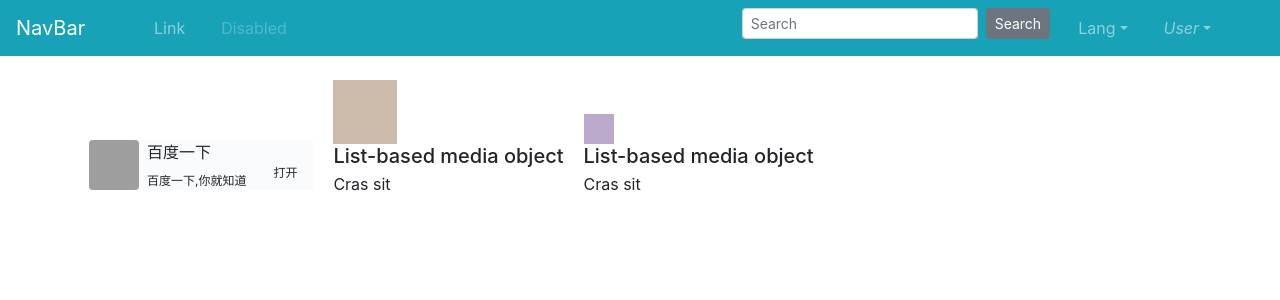
Repository: Funnyrz/vue-nav
Page: /
These files come from the project's save history. The page is drawn as it stood at one moment and after the next save; the edit follows.
The browser window is 1280 px wide. The pictures show the whole page.
Pictures or frames that could not be fetched are drawn as grey boxes. The project was rebuilt for these pictures with package versions that can differ from the ones it lists, and the page was loaded fresh each time.

Above is the page before, as saved 2020-08-27 10:57:17.

After the next save:
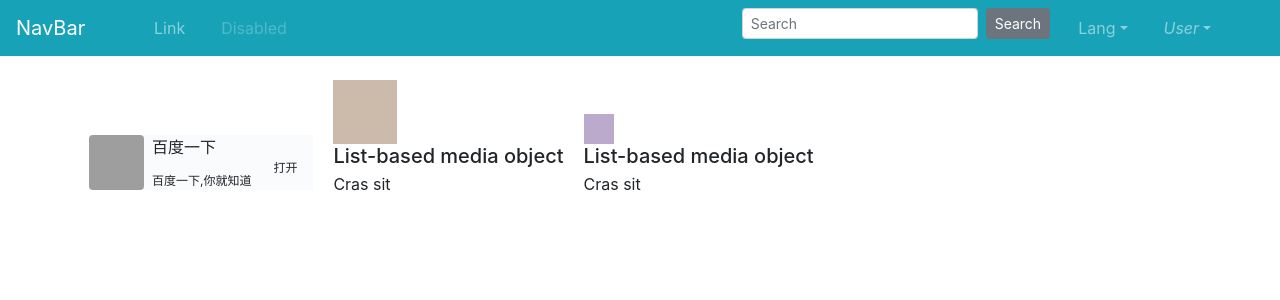
Saved 13 s later.
--- a/src/components/HelloWorld.vue
+++ b/src/components/HelloWorld.vue
@@ -44,7 +44,7 @@
           <ul class="list-unstyled">
             <b-media tag="li" class="nav-li">
               <template v-slot:aside>
-                <b-img rounded alt="placeholder" width="50" src="https://picsum.photos/125/125/?image=58"></b-img>
+                <b-img rounded alt="placeholder" width="55" src="https://picsum.photos/125/125/?image=58"></b-img>
                 <div class="nav-card">
                   百度一下
                  <div class="nav-card-text">
